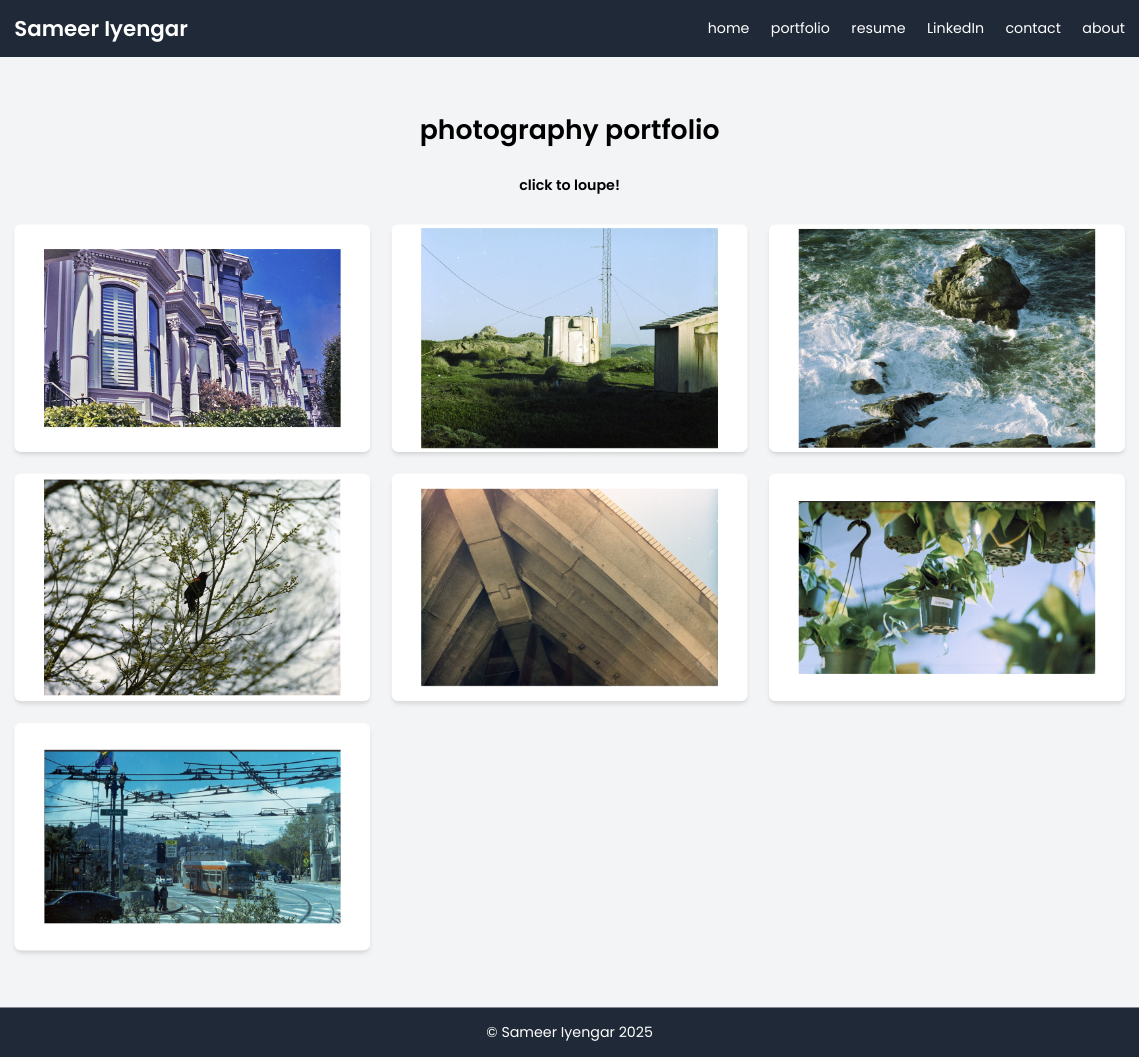
Repository: siyengar04/siyengar04.github.io
Page: portfolio.html
These files come from the project's save history. The page is drawn as it stood at one moment and after the next save; the edit follows.
The browser window is 1280 px wide. The pictures show the whole page, at 89% of full size.
Some web libraries are served in a nearby version.

Above is the page before, as saved 2025-06-26 18:06:47.

After the next save:
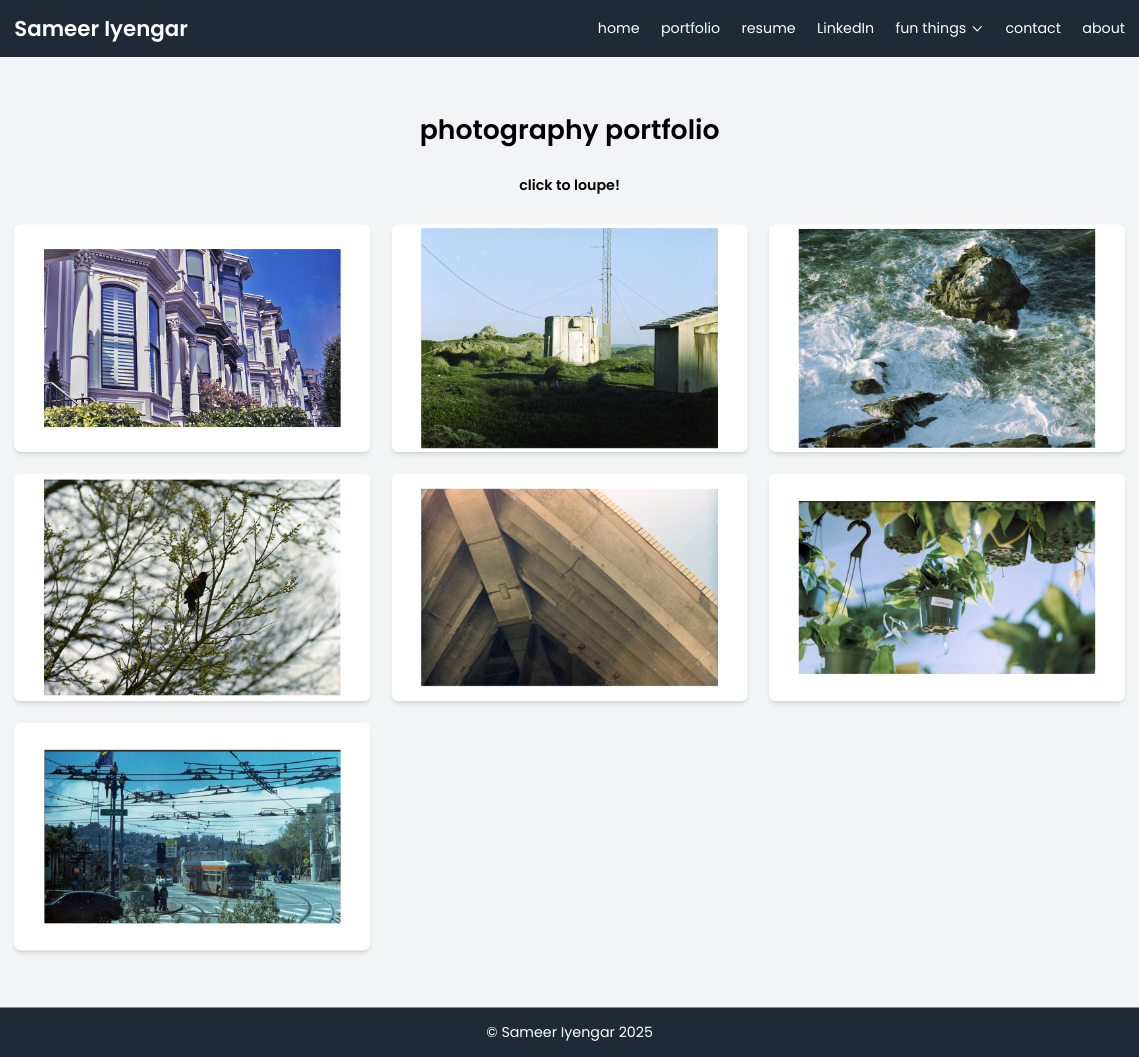
Saved 9 s later.
--- a/portfolio.html
+++ b/portfolio.html
@@ -62,6 +62,7 @@
     </style>
 </head>
 
+<body class="bg-gray-100">
 <body class="bg-gray-100">
     <header class="fixed top-0 z-10 w-full py-4 text-white bg-gray-800">
         <div class="container flex items-center justify-between px-4 mx-auto">
@@ -79,6 +80,23 @@
                     <li><a href="/portfolio.html" class="hover:text-gray-400">portfolio</a></li>
                     <li><a href="/resume.html" class="hover:text-gray-400">resume</a></li>
                     <li><a href="https://www.linkedin.com/in/sameer-iyengar/" class="hover:text-gray-400">LinkedIn</a></li>
+
+                    <!-- Fun Things Dropdown -->
+                    <li class="relative dropdown">
+                        <button class="flex items-center hover:text-gray-400 focus:outline-none">
+                            fun things
+                            <svg xmlns="http://www.w3.org/2000/svg" class="w-4 h-4 ml-1" fill="none" viewBox="0 0 24 24" stroke="currentColor">
+                                <path stroke-linecap="round" stroke-linejoin="round" stroke-width="2" d="M19 9l-7 7-7-7" />
+                            </svg>
+                        </button>
+                        <div class="absolute z-20 hidden w-48 py-1 mt-2 bg-gray-700 rounded-md shadow-lg dropdown-menu">
+                            <a href="/cat-gallery.html" class="block px-4 py-2 hover:bg-gray-600">Cat Gallery & Bio</a>
+                            <a href="/travel-photos.html" class="block px-4 py-2 hover:bg-gray-600">Travel Photos</a>
+                            <a href="/hobbies.html" class="block px-4 py-2 hover:bg-gray-600">My Hobbies</a>
+                            <a href="/fun-facts.html" class="block px-4 py-2 hover:bg-gray-600">Fun Facts</a>
+                        </div>
+                    </li>
+
                     <li><a href="/contact.html" class="hover:text-gray-400">contact</a></li>
                     <li><a href="/about.html" class="hover:text-gray-400">about</a></li>
                 </ul>
